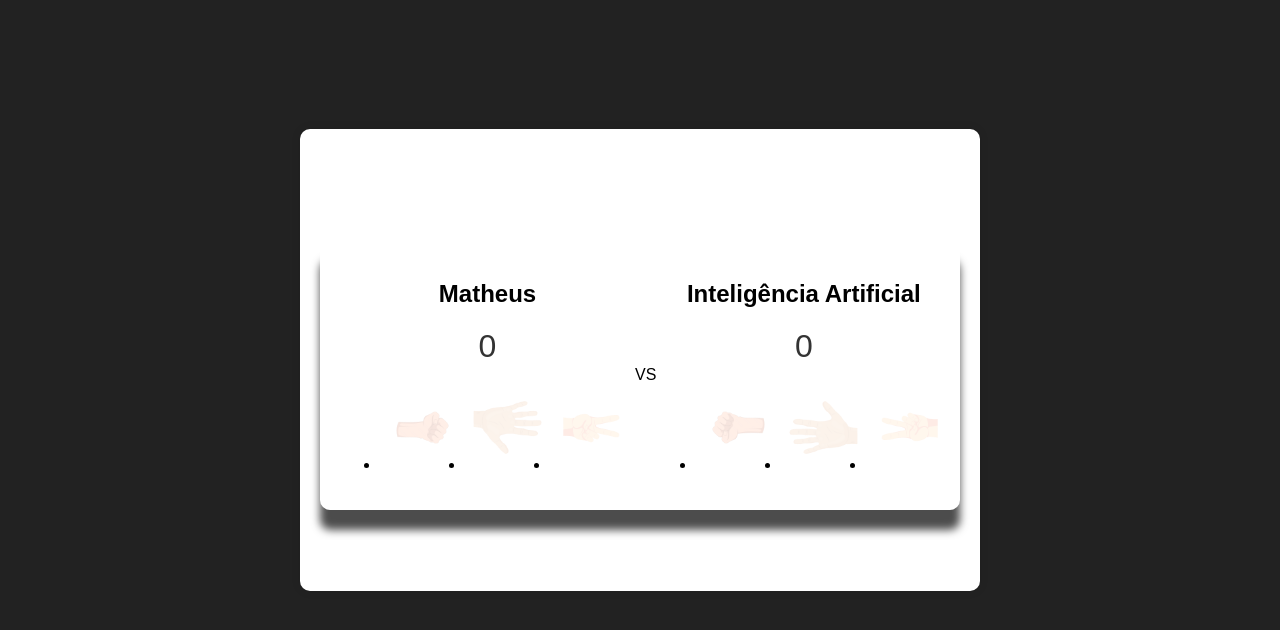
Repository: Matheus904-12/Pedra-Papel
Page: index.html
An editor plug-in stored every save of this project. The page is shown before and after the next save, followed by the edit.
The browser window is 1280 px wide. The pictures show the whole page.

Above is the page before, as saved 2023-08-28 22:17:37.

### index.html
<!DOCTYPE html>
<html lang="en">
<head>
    <meta charset="UTF-8">
    <meta name="viewport" content="width=device-width, initial-scale=1.0">
    <title>Pedra, Papel e Tesoura</title>
    <link rel="stylesheet" href="style.css">
    <script src="script.js"></script>
</head>
<body>
    <center>
    <div class="box">
        <div class="container">
            <h1 id="titulo">Pedra, Papel e Tesoura</h1>
            <div class="placar" id="placar">
                <div class="jogador">
                    <h2 id="jogadorNome">Matheus</h2>
                    <p id="jogadorPontos">0</p>
                    <ul class="escolhas" id="jogadorEscolha">
                        <li>
                            <a id="jogadorEscolha1" class="escolha" onclick="jogar(1)">
                                <img src="img/1-removebg-preview.png" alt="">
                            </a>
                        </li>
                        <li>
                            <a id="jogadorEscolha2" class="escolha" onclick="jogar(2)">
                                <img src="img/2-removebg-preview.png" alt="">
                            </a>
                        </li>
                        <li>
                            <a id="jogadorEscolha3" class="escolha" onclick="jogar(3)">
                                <img src="img/3-removebg-preview.png" alt="">
                            </a>
                        </li>
                    </ul>
                </div>
                <div id="versus">VS</div>
                <div class="computador">
                    <h2 id="computadorNome">Inteligência Artificial</h2>
                    <p id="computadorPontos">0</p>
                    <ul class="escolhas" id="computadorEscolha">
                        <li>
                            <a id="computadorEscolha1" class="escolha">
                                <img src="img2/1.png" alt="">
                            </a>
                        </li>
                        <li>
                            <a id="computadorEscolha2" class="escolha">
                                <img src="img2/2.png" alt="">
                            </a>
                        </li>
                        <li>
                            <a id="computadorEscolha3" class="escolha">
                                <img src="img2/3.png" alt="">
                            </a>
                        </li>
                    </ul>
                </div>
            </div>
            <div class="mensagem"><p id="mensagem"class="result-message">&nbsp;</p>
    </div>
</center>
</body>
</html>

### style.css
/* Estilos para as escolhas do jogador e do computador */
ul#jogadorEscolha li a,
ul#computadorEscolha li a {
    opacity: 0.2;
    transition: ease-in-out 0.3s;
}

ul#jogadorEscolha li a:hover,
ul#jogadorEscolha li a.selecionado,
ul#computadorEscolha li a.selecionado {
    opacity: 1;
}

/* Estilos gerais */
body {
    font-family: 'Arial', sans-serif;
    background-color: #222;
    margin: 0;
    padding: 0;
    transition: background-color 0.5s ease;
    display: flex;
    align-items: center;
    justify-content: center;
    min-height: 100vh;
}

/* Estilo do container principal */
.box {
    display: flex;
    flex-direction: column;
    align-items: center;
    justify-content: center;
    background-color: #fff;
    box-shadow: 0 0 10px rgba(0, 0, 0, 0.1);
    border-radius: 10px;
    padding: 20px;
    margin: 20px;
}

/* Estilo do título */
#titulo {
    font-size: 2.5rem;
    color: #fff;
    margin-bottom: 20px;
}

/* Estilo do placar */
.placar {
    display: flex;
    align-items: center;
    justify-content: space-between;
    padding: 20px;
    background-color: #fff;
    border-radius: 10px;
    box-shadow: 0 20px 8px rgba(0, 0, 0, 0.7);
    width: 100%;
    max-width: 600px;
    margin-top: 20px;
}

.jogador,
.computador {
    width: 50%;
}

.jogador p,
.computador p {
    font-size: 2rem;
    color: #333;
    margin: 0;
}

.escolhas {
    display: flex;
    justify-content: space-around;
    margin-top: 20px;
}

.escolhas img {
    max-width: 85px;
    cursor: pointer;
    transition: transform 0.3s ease;
}

.escolhas img:hover {
    transform: scale(1.1);
}

/* Estilo do resultado/mensagem */
.result-message {
    font-size: 1.2rem;
    margin-top: 20px;
    color: #fff;
}

.result-message.vitoria {
    color: #4CAF50;
}

.result-message.derrota {
    color: #FF5733;
}

.result-message.empate {
    color: #FFC300;
}

/* Estilo do botão reiniciar */
.reiniciar-jogo {
    background-color: #3498db;
    border: none;
    color: white;
    padding: 10px 20px;
    text-align: center;
    text-decoration: none;
    display: inline-block;
    font-size: 16px;
    border-radius: 5px;
    cursor: pointer;
    transition: background-color 0.3s ease;
    margin-top: 20px;
}

.reiniciar-jogo:hover {
    background-color: #2980b9;
}

/* Estilo do histórico */
.historico {
    text-align: center;
    margin-top: 20px;
}

.historico-toggle {
    background-color: #333;
    border: none;
    color: white;
    padding: 5px 10px;
    font-size: 14px;
    border-radius: 5px;
    cursor: pointer;
    transition: background-color 0.3s ease;
}

.historico-toggle:hover {
    background-color: #222;
}

.historico-list {
    list-style: none;
    padding: 0;
    display: none;
    text-align: left;
}

.historico-list li {
    font-size: 14px;
    margin-bottom: 5px;
    color: #fff;
}

### script.js
let jogadorEscolha = 0;
let jogadorPontos = 0;
let computadorEscolha = 0;
let computadorPontos = 0;
let ganhador = -1;
let historico = [];

function jogar(escolha){
    jogadorEscolha = escolha;
    computadorEscolha = Math.floor(Math.random() * 3) + 1;


/*PEDRA = 1
  PAPEL = 2
  TESOURA = 3
*/

if (jogadorEscolha == 1 && computadorEscolha == 1) {
    ganhador = 0;
    //*PEDRA = PEDRA*//
} else if (jogadorEscolha == 1 && computadorEscolha == 2) {
    ganhador = 2;
    //PEDRA E PAPEL = PAPEL//
} else if (jogadorEscolha == 1 && computadorEscolha == 3) {
    ganhador = 1;
    //PEDRA E TESOURA = PEDRA//
} else if (jogadorEscolha == 2 && computadorEscolha == 1) {
    ganhador = 1;
    //PAPEL E PEDRA = PEDRA
} else if (jogadorEscolha == 2 && computadorEscolha == 2) {
    ganhador =  0;
    //PAPEL E PAPEL = NADA
} else if (jogadorEscolha == 2 && computadorEscolha == 3) {
    ganhador = 2;
    //PAPEL E TESOURA = TESOURA
} else if (jogadorEscolha == 3 && computadorEscolha == 1) {
    ganhador = 2;
    //TESOURA E PEDRA = PEDRA
} else if (jogadorEscolha == 3 && computadorEscolha == 2) {
    ganhador = 1;
    //TESOURA E PAPEL = TESOURA
} else if (jogadorEscolha == 3 && computadorEscolha == 3) {
    ganhador = 0;
    //TESOURA E TESOURA = EMPATE
}


document.getElementById('jogadorEscolha1').classList.remove('selecionado');
document.getElementById('jogadorEscolha2').classList.remove('selecionado');
document.getElementById('jogadorEscolha3').classList.remove('selecionado');
document.getElementById('computadorEscolha1').classList.remove('selecionado');
document.getElementById('computadorEscolha2').classList.remove('selecionado');
document.getElementById('computadorEscolha3').classList.remove('selecionado');



document.getElementById('jogadorEscolha'+jogadorEscolha).classList.add('selecionado');
document.getElementById('computadorEscolha'+computadorEscolha).classList.add('selecionado');


/*
EMPATE = 0;
JOGADOR = 1;
COMPUTADOR = 2;
*/


// Atualizar placar
if (ganhador === 1) {
    jogadorPontos++;
} else if (ganhador === 2) {
    computadorPontos++;
}

document.getElementById('jogadorPontos').textContent = jogadorPontos;
document.getElementById('computadorPontos').textContent = computadorPontos;


// Mensagem do resultado
let mensagem = '';
if (ganhador === 1) {
    mensagem = 'Você venceu!';
} else if (ganhador === 2) {
    mensagem = 'Você perdeu!';
} else {
    mensagem = 'Empate!';
}

// Adicionar ao histórico
historico.push({
    jogador: jogadorEscolha,
    computador: computadorEscolha,
    resultado: ganhador
});

// Atualizar elementos na página
document.getElementById('jogadorPontos').textContent = jogadorPontos;
document.getElementById('computadorPontos').textContent = computadorPontos;
document.querySelector('.result-message').textContent = mensagem;
document.querySelector('.result-message').className = `result-message ${ganhadorClass}`;

// Exibir histórico
mostrarHistorico();

// Adicionar classe de estilo à mensagem
let mensagemElement = document.getElementById('mensagem');
mensagemElement.classList.remove('vitoria', 'derrota', 'empate');
if (ganhador === 1) {
    mensagemElement.classList.add('vitoria');
} else if (ganhador === 2) {
    mensagemElement.classList.add('derrota');
} else {
    mensagemElement.classList.add('empate');
}
}

function mostrarHistorico() {
let historicoList = document.getElementById('historico-list');
historicoList.innerHTML = '';

for (let i = 0; i < historico.length; i++) {
    let item = historico[i];
    let resultado = '';
    if (item.resultado === 1) {
        resultado = 'Vitória';
    } else if (item.resultado === 2) {
        resultado = 'Derrota';
    } else {
        resultado = 'Empate';
    }

    let listItem = document.createElement('li');
    listItem.textContent = `Jogador: ${item.jogador} | Computador: ${item.computador} | Resultado: ${resultado}`;
    historicoList.appendChild(listItem);
}


document.getElementById('historico-toggle').addEventListener('click', function() {
    const historicoList = document.querySelector('.historico-list');
    historicoList.style.display = historicoList.style.display === 'none' ? 'block' : 'none';
    this.textContent = historicoList.style.display === 'none' ? 'Ver Histórico' : 'Esconder Histórico';
});

// Mensagem do resultado
let mensagem = '';
if (ganhador === 1) {
    mensagem = 'Você venceu!';
} else if (ganhador === 2) {
    mensagem = 'Você perdeu!';
} else {
    mensagem = 'Empate!';
}

// Adicionar ao histórico
historico.push({
    jogador: jogadorEscolha,
    computador: computadorEscolha,
    resultado: ganhador
});


// Atualizar elementos na página
document.getElementById('jogadorPontos').textContent = jogadorPontos;
document.getElementById('computadorPontos').textContent = computadorPontos;
document.querySelector('.result-message').textContent = mensagem;
document.querySelector('.result-message').className = `result-message ${ganhadorClass}`;


 // Adicionar classe de estilo à mensagem
let mensagemElement = document.querySelector('.mensagem');
mensagemElement.classList.remove('vitoria', 'derrota', 'empate');
if (ganhador === 1) {
    mensagemElement.classList.add('vitoria');
} else if (ganhador === 2) {
    mensagemElement.classList.add('derrota');
} else {
    mensagemElement.classList.add('empate');
}

// Atualizar estilo da página com base no resultado
document.querySelector('.box').className = `box ${ganhadorClass}`;




// Atualizar cor de fundo com base no resultado
if (ganhador === 1) {
    document.body.style.backgroundColor = '#4CAF50'; // Verde
} else if (ganhador === 2) {
    document.body.style.backgroundColor = '#FF5733'; // Vermelho
} else {
    document.body.style.backgroundColor = '#FFC300'; // Amarelo
}


// Selecionar escolha do jogador
document.getElementById(`jogadorEscolha${jogadorEscolha}`).classList.add('selecionado');


// Atualizar escolhas do jogador
document.getElementById(`jogadorEscolha${jogadorEscolha}`).classList.add('selecionado');
document.getElementById(`computadorEscolha${computadorEscolha}`).classList.add('selecionado');

// Atualizar estilo da página com base no resultado
document.querySelector('.box').className = `box ${ganhadorClass}`;

// Função para reiniciar o jogo
function reiniciarJogo() {
    jogadorPontos = 0;
    computadorPontos = 0;
    historico = [];
    limparEscolhas();
    atualizarPlacar();
    limparMensagem();
    mostrarHistorico();
    resetarEstiloPagina();
}

// Limpar escolhas selecionadas
function limparEscolhas() {
    document.querySelectorAll('.escolha').forEach(element => {
        element.classList.remove('selecionado');
    });
}

// Atualizar placar
function atualizarPlacar() {
    document.getElementById('jogadorPontos').textContent = jogadorPontos;
    document.getElementById('computadorPontos').textContent = computadorPontos;
}

// Limpar mensagem do resultado
function limparMensagem() {
    document.querySelector('.result-message').textContent = '';
    document.querySelector('.mensagem').className = 'mensagem';
}

// Resetar estilo da página
function resetarEstiloPagina() {
    document.querySelector('.box').className = 'box';
}

// Botão de reiniciar o jogo
document.getElementById('reiniciar-jogo').addEventListener('click', function() {
    reiniciarJogo();
});


// Função para reiniciar o jogo
function reiniciarJogo() {
    jogadorPontos = 0;
    computadorPontos = 0;
    historico = [];
    limparEscolhas();
    atualizarPlacar();
    limparMensagem();
    mostrarHistorico();
    resetarEstiloPagina();
}

// Limpar escolhas selecionadas
function limparEscolhas() {
    document.querySelectorAll('.escolha').forEach(element => {
        element.classList.remove('selecionado');
    });
}

// Atualizar placar
function atualizarPlacar() {
    document.getElementById('jogadorPontos').textContent = jogadorPontos;
    document.getElementById('computadorPontos').textContent = computadorPontos;
}

// Limpar mensagem do resultado
function limparMensagem() {
    document.querySelector('.result-message').textContent = '';
    document.querySelector('.mensagem').className = 'mensagem';
}

// Resetar estilo da página
function resetarEstiloPagina() {
    document.querySelector('.box').className = 'box';
}

// Botão de reiniciar o jogo
document.getElementById('reiniciar-jogo').addEventListener('click', function() {
    reiniciarJogo();
});


}

After the next save:
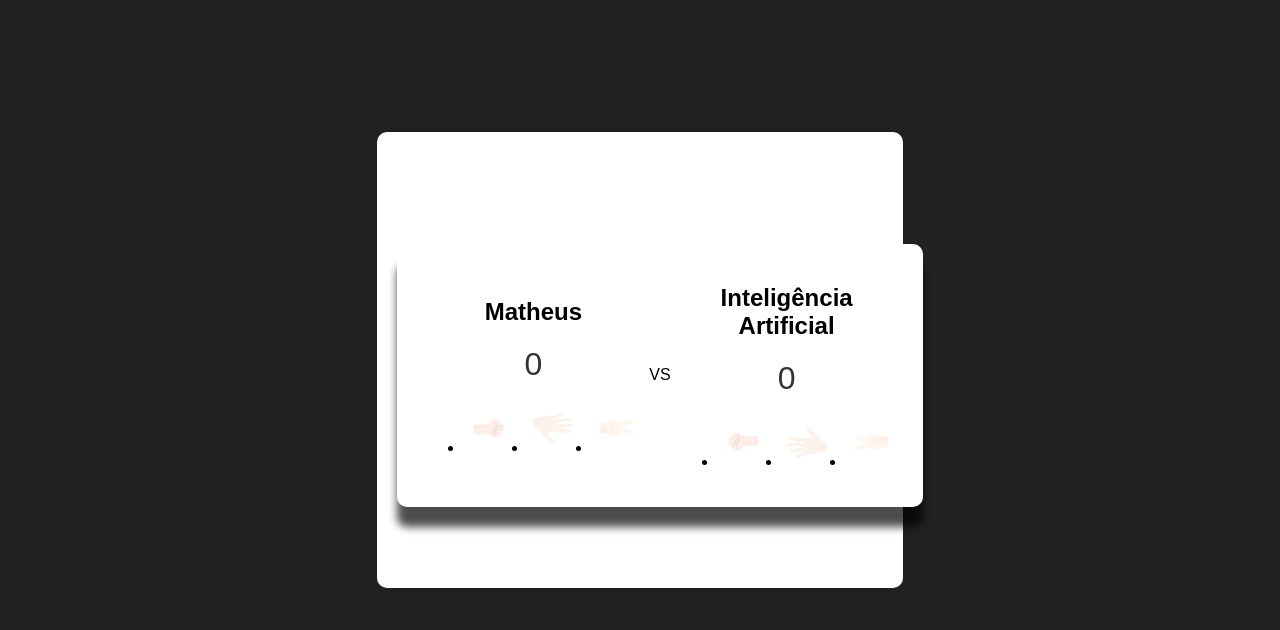
Saved 5 s later.
--- a/style.css
+++ b/style.css
@@ -77,7 +77,7 @@ body {
 }
 
 .escolhas img {
-    max-width: 85px;
+    max-width: 50px;
     cursor: pointer;
     transition: transform 0.3s ease;
 }
